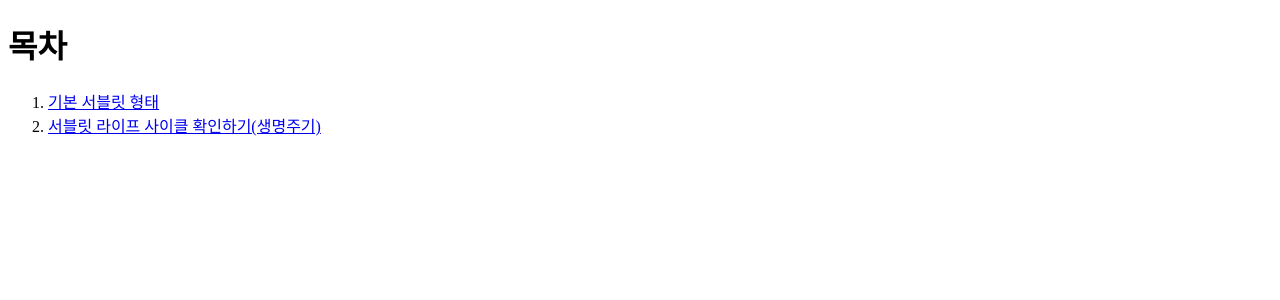
Repository: steeveelee2/WEB_Study
Page: webWorkspace/servlet2Project/web/index.html
The author's editor kept a copy of each file at every save. The page is drawn from the files as they stood at one save, then again after the next save.
The browser window is 1280 px wide. The pictures show the whole page.

Above is the page before, as saved 2018-10-11 02:48:41.

### webWorkspace/servlet2Project/web/index.html
<!DOCTYPE html>
<html>
<head>
<meta charset="UTF-8">
<title>서블릿 두번째 프로젝트</title>
</head>
<body>
	<h1>목차</h1>
	<ol>
		<li>
			<!-- 서블릿의 이름을 OOO.do / OOO.search 등으로 . 표기를 하는 이유는 앞부분은 서블릿의 명칭, 뒷부분은 서블릿 그룹을 나타내기 위함이다
			.do / .biz / .go / .gs 등으로 서블릿 그룹에 따라 접근 방법을 나눠 생성 가능
			.do를 젤 많이 쓰는데 귀찮아서 그럼 ㅋ -->
			<a href="test1.do">기본 서블릿 형태</a>
		</li>
		<li>
			<a href="life">서블릿 라이프 사이클 확인하기(생명주기)</a>
		</li>
	</ol>
</body>
</html>

After the next save:
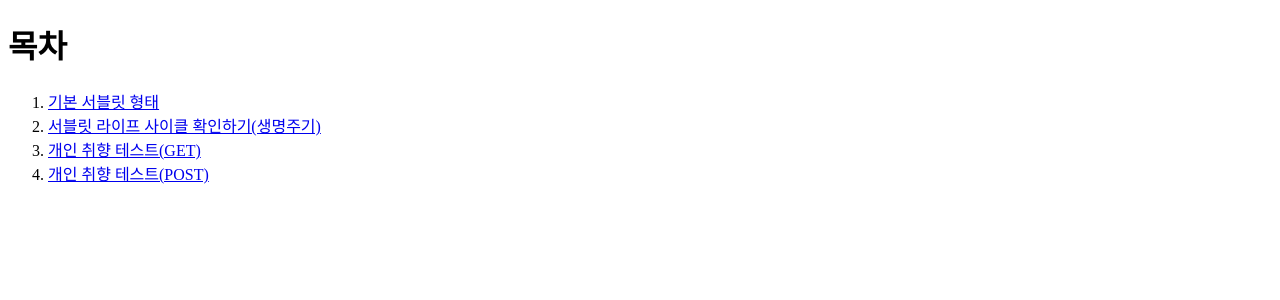
Saved 16 min 30 s later.
--- a/webWorkspace/servlet2Project/web/index.html
+++ b/webWorkspace/servlet2Project/web/index.html
@@ -16,6 +16,12 @@
 		<li>
 			<a href="life">서블릿 라이프 사이클 확인하기(생명주기)</a>
 		</li>
+		<li>
+			<a href="views/testPerson1.html">개인 취향 테스트(GET)</a>
+		</li>
+		<li>
+			<a href="views/testPerson2.html">개인 취향 테스트(POST)</a>
+		</li>
 	</ol>
 </body>
 </html>
